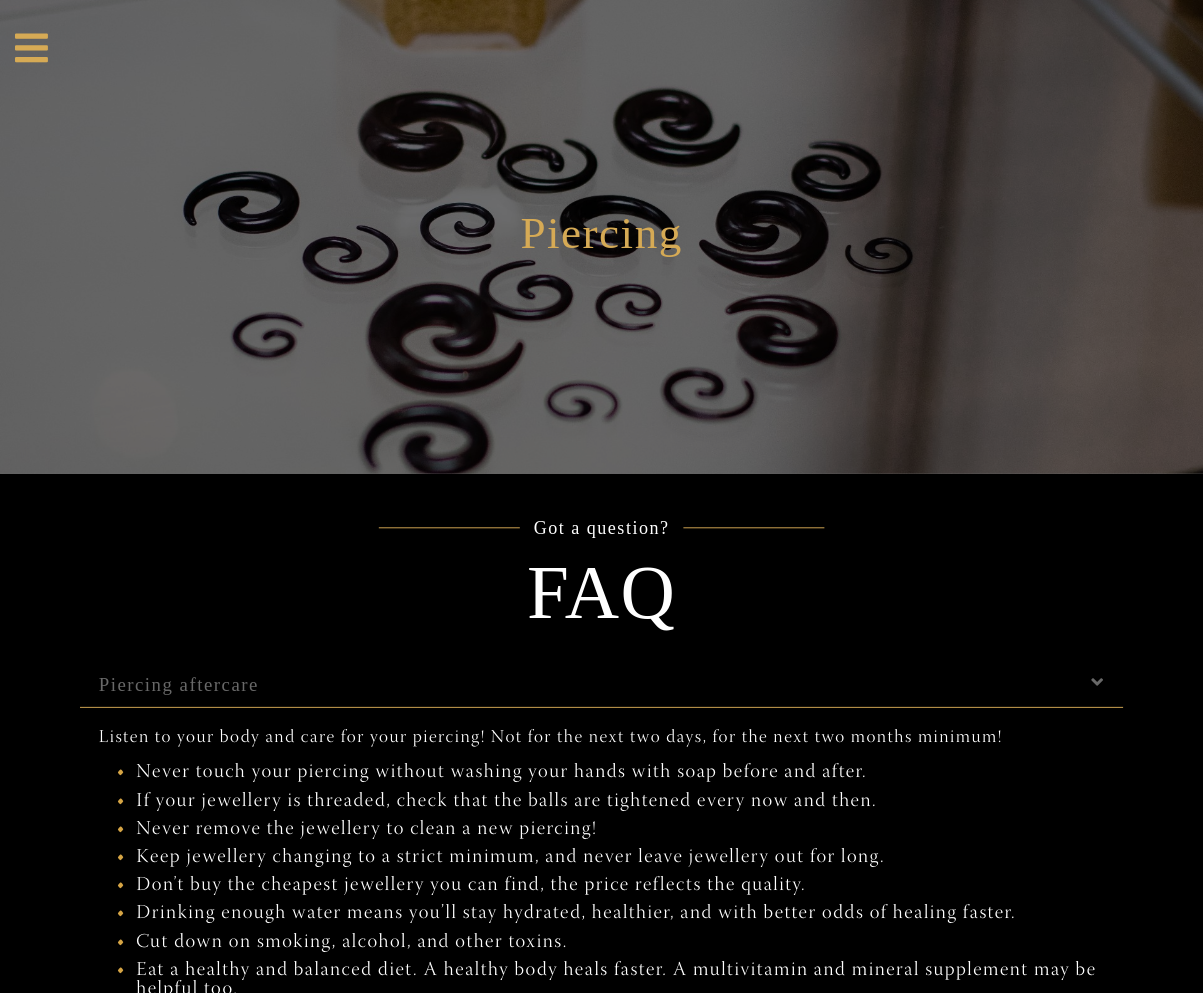
Repository: Spreceriany/TattooWeb
Page: piercing-en.html
An editor plug-in stored every save of this project. The page is shown before and after the next save, followed by the edit.
The browser window is 1280 px wide. The pictures show the part of the page from y = 0 to 1056 px (the page is 3707 px tall before and 2902 px after), at 94% of full size.
A picture or video elsewhere on the page could not be fetched, so the positions and the page height are approximate. Some web fonts or font styles are not loaded; a fallback is used. Some web libraries are served in a nearby version.

Above is the page before, as saved 2020-04-27 20:07:38.
Console error: TypeError: e.indexOf is not a function

After the next save:
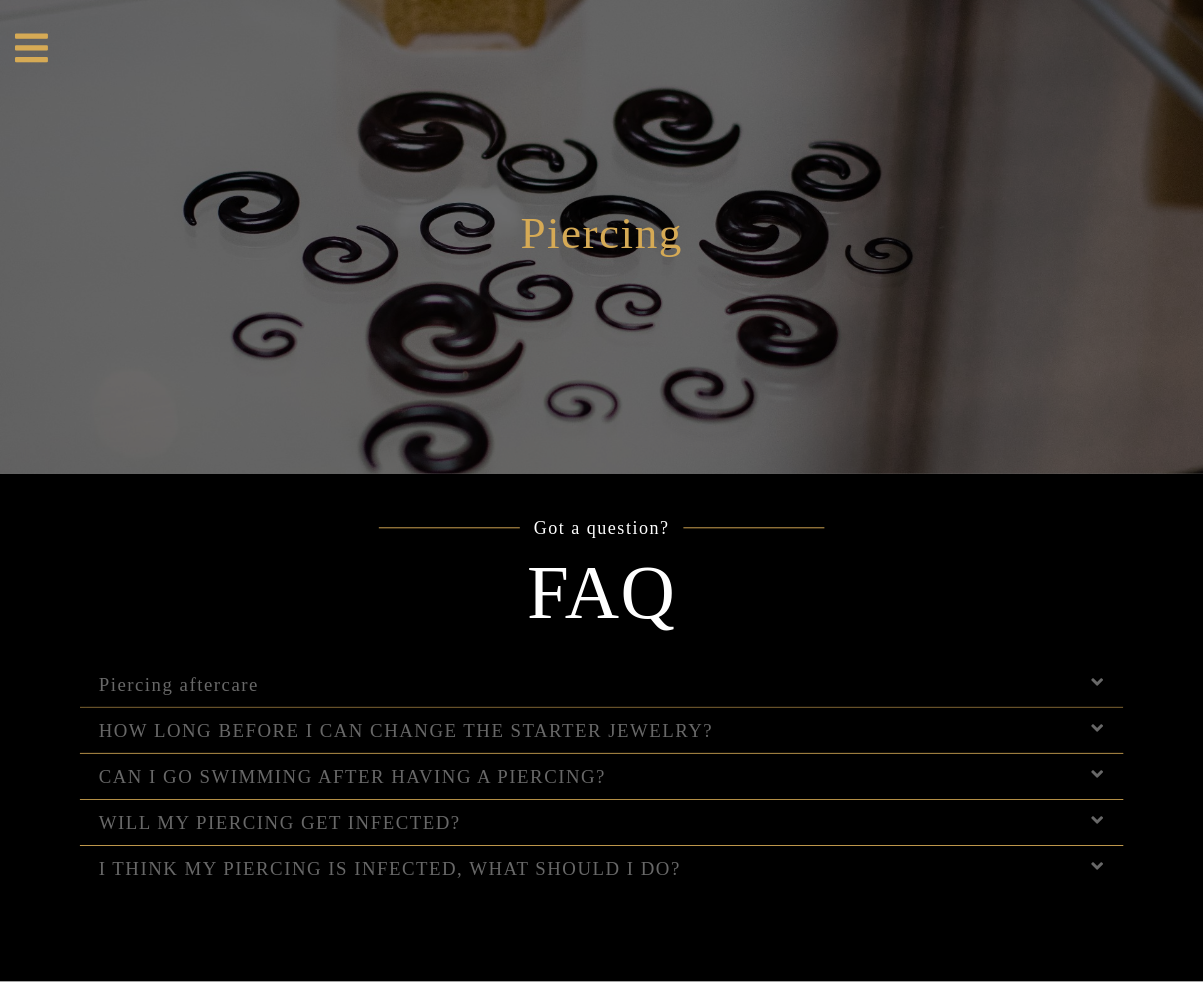
Saved 90 s later.
--- a/piercing-en.html
+++ b/piercing-en.html
@@ -96,7 +96,7 @@
             </div>
 
             <!-- Card body -->
-            <div id="collapseOne1" class="collapse show" role="tabpanel" aria-labelledby="headingOne1"
+            <div id="collapseOne1" class="collapse " role="tabpanel" aria-labelledby="headingOne1"
               data-parent="#accordionEx">
               <div class="card-body">
                 <p> Listen to your body and care for your piercing! Not for the next two days, for the next two months minimum!</p>
